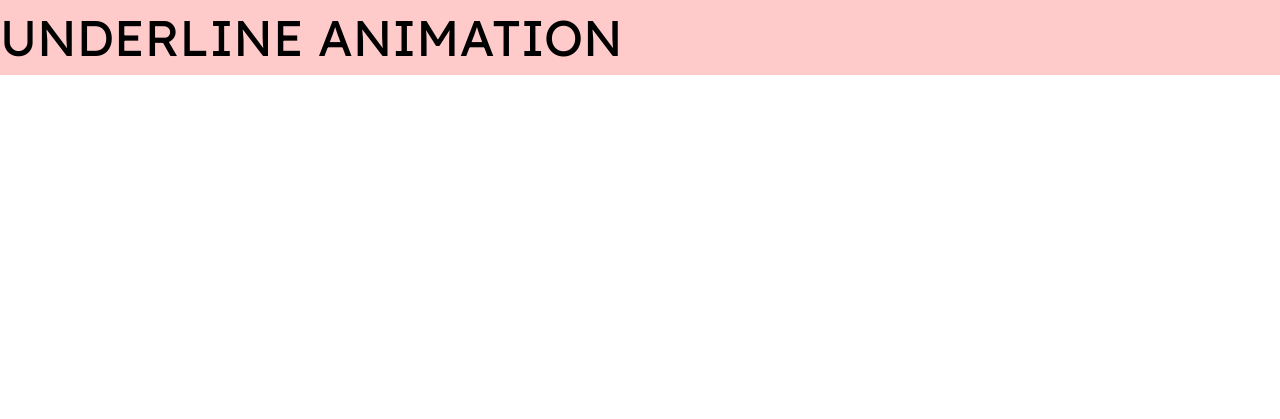
Repository: javals243/Reusable-component
Page: /
These files come from the project's save history. The page is drawn as it stood at one moment and after the next save; the edit follows.
The browser window is 1280 px wide. The pictures show the whole page.
The project was rebuilt for these pictures with package versions that can differ from the ones it lists, and the page was loaded fresh each time. The framework's server and built-in components were replaced by stand-ins that run in the browser. Also part of the build but not shown: next.config.js, components/MasonryLayout/MansonryLayout.tsx, components/ProductCard/ProductCard.tsx.

Above is the page before, as saved 2023-01-03 10:25:46.

After the next save:
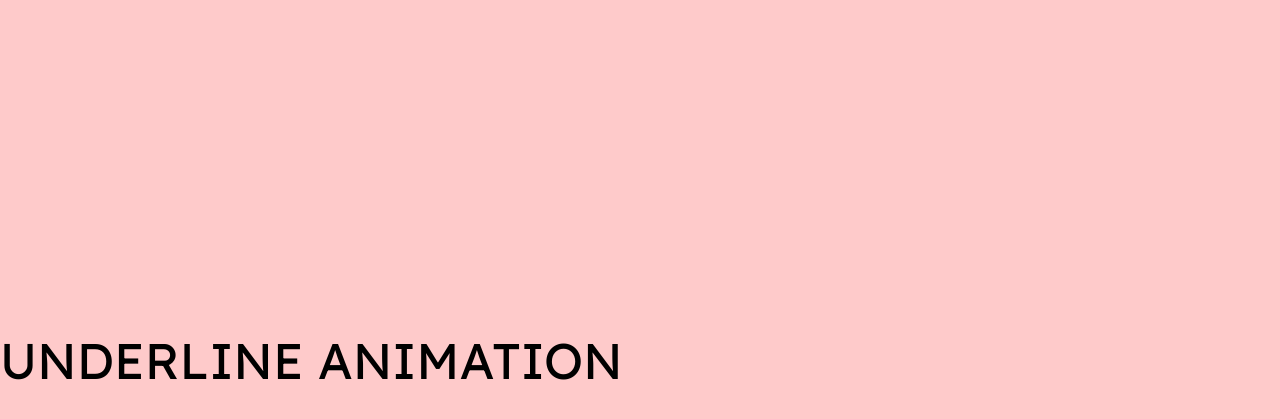
Saved 15 s later.
--- a/components/UnderlineAnimation/UnderlineAnimation.tsx
+++ b/components/UnderlineAnimation/UnderlineAnimation.tsx
@@ -2,7 +2,7 @@ import React from 'react'
 
 function UnderlineAnimation() {
   return (
-    <div className="flex justify-center items-center w-full h-full bg-red-200">
+    <div className="flex justify-center items-center w-full h-[100vh] bg-red-200">
       <a
         href=""
         className='text-[50px] no-underline relative uppercase text-black after:block after:absolute   after:bottom-0 after:h-[2px] w-[100%]  rounded-[9999px] after:content-[""] after:scale-0 after:ease-in-out after:duration-300 hover:after:scale-100'
